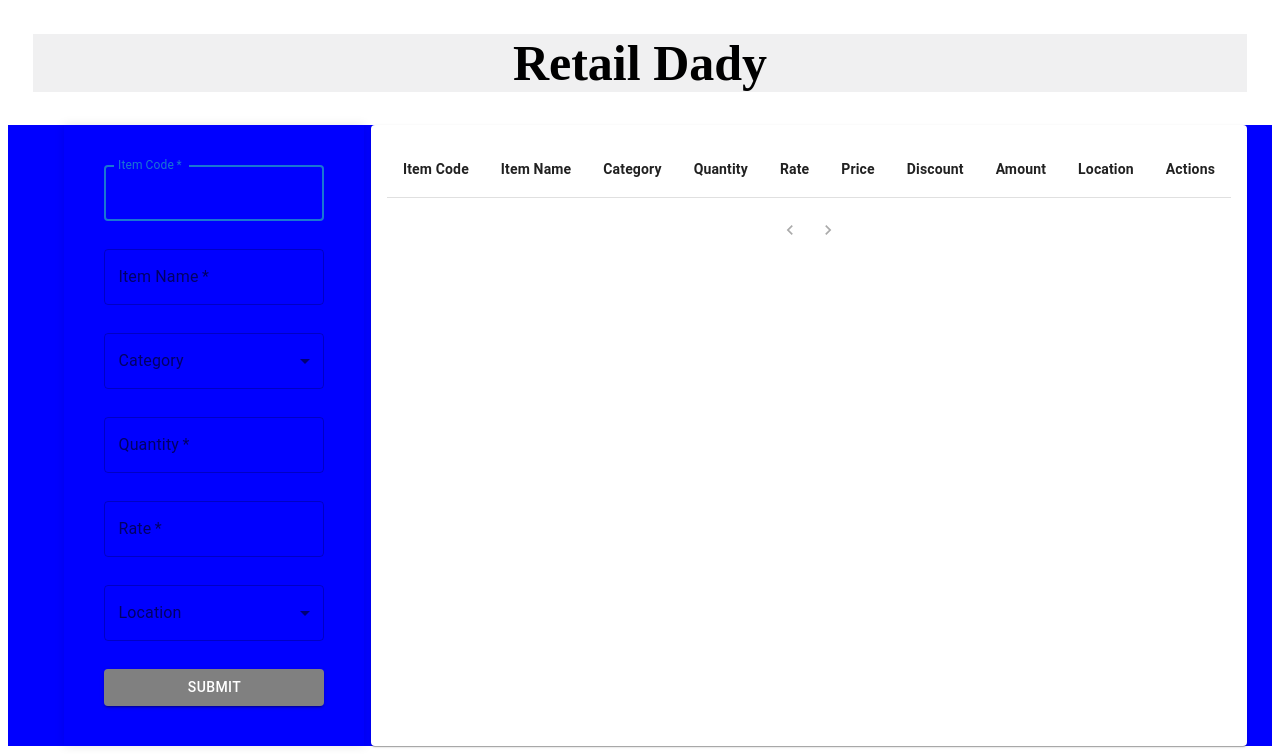
Repository: SharonSebastian32/retail-dady-frontend-app
Page: /
These files come from the project's save history. The page is drawn as it stood at one moment and after the next save; the edit follows.
The browser window is 1280 px wide. The pictures show the whole page.
The page's requests for data from a server got no answer. The project was rebuilt for these pictures with package versions that can differ from the ones it lists, and the page was loaded fresh each time. No one was signed in, and anything a server would have sent is missing. Also part of the build but not shown: vite.config.js, src/components/Childrens/FormDialogue.jsx, src/components/Childrens/ViewDetails.jsx, src/App.css.

Above is the page before, as saved 2024-12-07 21:39:42.

### index.html
<!DOCTYPE html>
<html lang="en">
  <head>
    <meta charset="UTF-8" />
    <link rel="icon" type="image/svg+xml" href="/image.png" />
    <meta
      name="viewport"
      content="width=device-width, initial-scale=1.0, maximum-scale=5.0, minimum-scale=1.0"
    />
    <meta http-equiv="X-UA-Compatible" content="IE=edge" />
    <meta name="theme-color" content="#000000" />
    <meta name="description" content="Retail Dady - Your retail solution" />
    <title>Retail Dady</title>
  </head>
  <body>
    <div id="root"></div>
    <script type="module" src="/src/main.jsx"></script>
  </body>
</html>

### src/main.jsx
import { createRoot } from "react-dom/client";
import App from "./App.jsx";
import "primereact/resources/themes/lara-light-indigo/theme.css";
import "primereact/resources/primereact.min.css";
createRoot(document.getElementById("root")).render(<App />);

### src/App.jsx
import { useState } from "react";
import Tables from "./components/Tables";
import "./App.css";
import InvoiceForm from "./components/Form";

function App() {
  const [refresh, setRefresh] = useState(false);

  const triggerRefresh = () => {
    setRefresh((prev) => !prev);
  };

  return (
    <>
      <div style={{ padding: "0px 25px" }}>
        <h1
          style={{
            backgroundColor: "#f0f0f1",
            color: "black",
            fontFamily: "serif",
            fontSize: "50px",
            textAlign: "center",
          }}
        >
          Retail Dady
        </h1>
      </div>
      <div
        style={{
          display: "flex",
          flexDirection: "row",
          padding: "0px 25px",
          justifyContent: "space-between",
          backgroundColor: "blue",
        }}
      >
        {" "}
        <div style={{ paddingRight: "25px" }}></div>
        <InvoiceForm onFormSubmit={triggerRefresh} />
        <Tables refresh={refresh} />
      </div>
    </>
  );
}

export default App;

### src/components/Tables.jsx
import { useEffect, useState, useRef } from "react";
import axios from "axios";
import { Toast } from "primereact/toast";
import { ConfirmDialog, confirmDialog } from "primereact/confirmdialog";
import {
  Table,
  TableBody,
  TableCell,
  TableContainer,
  TableHead,
  TableRow,
  Paper,
  IconButton,
  Pagination,
} from "@mui/material";
import { MdDeleteOutline } from "react-icons/md";
import { CiEdit } from "react-icons/ci";
import { RxEyeOpen } from "react-icons/rx";
import FormDialog from "./Childrens/FormDialogue";
import ViewDialog from "./Childrens/ViewDetails.jsx"; // Import ViewDialog

function Tables({ refresh }) {
  const [data, setData] = useState([]);
  const [currentPage, setCurrentPage] = useState(1);
  const rowsPerPage = 6;
  const toast = useRef(null);
  const [selectedRow, setSelectedRow] = useState(null); // For FormDialog and ViewDialog
  const [viewMode, setViewMode] = useState(false); // Track if the view dialog is open
  const showToast = (severity, summary, detail) => {
    toast.current.show({
      severity: severity,
      summary: summary,
      detail: detail,
      life: 3000,
    });
  };

  useEffect(() => {
    fetchInvoices();
  }, [refresh]);

  const fetchInvoices = async () => {
    try {
      const response = await fetch(
        import.meta.env.VITE_API_URL + "/api/v1/invoices/getall",
        {
          method: "GET",
          headers: {
            "Content-Type": "application/json",
          },
        }
      );

      if (!response.ok) {
        throw new Error(`HTTP error! Status: ${response.status}`);
      }

      const result = await response.json();
      setData(result.data.reverse());
    } catch (error) {
      console.error("Error fetching invoices:", error);
      showToast(
        "error",
        "Error",
        "Failed to fetch Stock. Please try again later."
      );
    }
  };

  const confirmDelete = (id) => {
    confirmDialog({
      message: "Are you sure you want to delete Stock?",
      header: "Delete",
      icon: "pi pi-exclamation-triangle",
      acceptClassName: "p-button-danger",
      accept: () => handleDelete(id),
      reject: () =>
        showToast("info", "Cancelled", "Delete operation cancelled"),
    });
  };

  const handleDelete = async (id) => {
    if (!id) {
      showToast("error", "Error", "No Stock ID provided for deletion");
      return;
    }
    try {
      const response = await axios.delete(
        import.meta.env.VITE_API_URL + `/api/v1/invoices/delete/${id}`
      );
      if (response.status === 200) {
        setData((prevData) => prevData.filter((item) => item._id !== id));
        showToast("success", "Success", "Item deleted successfully!");
      } else {
        showToast("error", "Error", "Failed to delete item.");
      }
    } catch (error) {
      console.error("Error deleting item:", error);
      showToast("error", "Error", "Failed to delete item.");
    }
  };

  const findDocumentAndUpdate = (row) => {
    setSelectedRow(row);
    setViewMode(false); // Set to false when editing, as it should show the form dialog
  };

  const viewDocument = (row) => {
    setSelectedRow(row);
    setViewMode(true); // Set to true when viewing, to show the view dialog
  };

  const getDiscount = (category) => {
    switch (category) {
      case "Vegetables":
        return 10;
      case "Stationaries":
        return 3;
      case "Fruits":
        return 5;
      default:
        return 0;
    }
  };

  const getCategoryAbbreviation = (category) => {
    switch (category) {
      case "Vegetables":
        return "VEG";
      case "Stationaries":
        return "STR";
      case "Fruits":
        return "FRT";
      default:
        return category;
    }
  };

  const handleEdit = async () => {
    try {
      await fetchInvoices();
      showToast("success", "Success", "Updated successfully!");
    } catch (error) {
      console.error("Error handling submit:", error);
      showToast(
        "error",
        "Error",
        "Failed to update data. Please try again later."
      );
    }
  };

  const indexOfLastRow = currentPage * rowsPerPage;
  const indexOfFirstRow = indexOfLastRow - rowsPerPage;
  const currentRows = data.slice(indexOfFirstRow, indexOfLastRow);
  const totalPages = Math.ceil(data.length / rowsPerPage);

  return (
    <Paper elevation={1} sx={{ padding: 2 }}>
      <Toast ref={toast} />
      <ConfirmDialog />
      <TableContainer>
        <Table>
          <TableHead>
            <TableRow>
              {[
                "Item Code",
                "Item Name",
                "Category",
                "Quantity",
                "Rate",
                "Price",
                "Discount",
                "Amount",
                "Location",
                "Actions",
              ].map((header) => (
                <TableCell key={header} style={{ fontWeight: "bold" }}>
                  {header}
                </TableCell>
              ))}
            </TableRow>
          </TableHead>
          <TableBody>
            {currentRows.map((row, index) => {
              const discount = getDiscount(row.category);
              const price = row.quantity * (row.rate || 0);
              const amountPay = (price - (price * discount) / 100).toFixed(2);
              return (
                <TableRow
                  key={row._id}
                  style={{
                    backgroundColor: index % 2 === 0 ? "#ffffff" : "#f0f0f0",
                    cursor: "pointer",
                  }}
                >
                  <TableCell>{row.itemCode}</TableCell>
                  <TableCell>{row.itemName}</TableCell>
                  <TableCell>{getCategoryAbbreviation(row.category)}</TableCell>
                  <TableCell>{row.quantity}</TableCell>
                  <TableCell>{row.rate?.toFixed(2) || "-"}</TableCell>
                  <TableCell>{price.toFixed(2) || "-"}</TableCell>
                  <TableCell>{`${discount}%`}</TableCell>
                  <TableCell>{amountPay}</TableCell>
                  <TableCell>{row.location || "-"}</TableCell>
                  <TableCell>
                    <div className="flex flex-row gap-2">
                      <IconButton
                        onClick={() => confirmDelete(row._id)}
                        aria-label="delete"
                        className="hover:bg-red-100"
                      >
                        <MdDeleteOutline color="red" />
                      </IconButton>
                      <IconButton
                        onClick={() => findDocumentAndUpdate(row)} // Open FormDialog for edit
                        aria-label="edit"
                        className="hover:bg-green-100"
                      >
                        <CiEdit color="green" />
                      </IconButton>
                      <IconButton
                        onClick={() => viewDocument(row)} // Open ViewDialog for viewing
                        aria-label="view"
                        className="hover:bg-gray-100"
                      >
                        <RxEyeOpen color="black" />
                      </IconButton>
                    </div>
                  </TableCell>
                </TableRow>
              );
            })}
          </TableBody>
        </Table>
      </TableContainer>
      <Pagination
        count={totalPages}
        page={currentPage}
        onChange={(event, page) => setCurrentPage(page)}
        sx={{ marginTop: 2, display: "flex", justifyContent: "center" }}
      />
      {/* Show FormDialog if editing, and ViewDialog if viewing */}
      {selectedRow && !viewMode && (
        <FormDialog
          open={!!selectedRow} // Open FormDialog if row is selected
          handleClose={() => setSelectedRow(null)} // Close FormDialog
          rowData={selectedRow} // Pass rowData for editing
          handleSubmit={handleEdit}
        />
      )}
      {selectedRow && viewMode && (
        <ViewDialog
          open={!!selectedRow} // Open ViewDialog if row is selected
          handleClose={() => setSelectedRow(null)} // Close ViewDialog
          rowData={selectedRow} // Pass rowData for viewing
        />
      )}
    </Paper>
  );
}

export default Tables;

### src/components/Form.jsx
import { useState, useRef, useEffect } from "react";
import { Toast } from "primereact/toast";
import { ConfirmDialog } from "primereact/confirmdialog";
import {
  Box,
  Button,
  MenuItem,
  Select,
  TextField,
  FormControl,
  InputLabel,
} from "@mui/material";

function Form({ onFormSubmit }) {
  const toast = useRef(null);
  const itemCodeRef = useRef(null); // Ref for itemCode input
  const [visible, setVisible] = useState(false);
  const [formData, setFormData] = useState({
    itemCode: "",
    itemName: "",
    category: "",
    quantity: "",
    rate: "",
    location: "",
  });

  const handleChange = (e) => {
    const { name, value } = e.target;
    setFormData((prevData) => ({ ...prevData, [name]: value }));
  };

  const handleFormSubmit = async () => {
    try {
      const response = await fetch(
        import.meta.env.VITE_API_URL + "/api/v1/invoices/create", // Fixed syntax error - removed extra parentheses
        {
          method: "POST",
          headers: { "Content-Type": "application/json" },
          body: JSON.stringify(formData),
        }
      );

      const data = await response.json();

      if (response.ok) {
        toast.current.show({
          severity: "success",
          summary: "Success",
          detail: "Stock added successfully!",
          life: 3000,
        });

        setFormData({
          itemCode: "",
          itemName: "",
          category: "",
          quantity: "",
          rate: "",
          location: "",
        });
        onFormSubmit();
      } else {
        showToastError(data.message || "Something went wrong!");
      }
    } catch (error) {
      showToastError("Failed to add stock. Please try again.");
      console.error(error);
    }
  };

  const showToastError = (message) => {
    toast.current.show({
      severity: "error",
      summary: "Error",
      detail: message,
      life: 3000,
    });
  };

  // Handle form submission action
  const handleSubmit = (e) => {
    e.preventDefault();
    setVisible(true);
  };

  // Confirmation accept and reject actions
  const accept = () => {
    handleFormSubmit();
    setVisible(false);
  };

  const reject = () => {
    toast.current.show({
      severity: "warn",
      summary: "Cancelled",
      detail: "You have cancelled the submission",
      life: 3000,
    });
  };

  // Focus on itemCode input field after form reset
  useEffect(() => {
    if (formData.itemCode === "") {
      itemCodeRef.current?.focus(); // Focus after resetting form data
    }
  }, [formData.itemCode]);

  return (
    <Box
      component="form"
      onSubmit={handleSubmit}
      sx={{
        marginTop: "9px",
        padding: "40px",
        boxShadow: "0px 0px 10px rgba(0, 0, 0, 0.1)",
        gap: "28px",
        display: "flex",
        flexDirection: "column",
        maxWidth: "300px",
        margin: "0 auto",
      }}
    >
      <Toast ref={toast} />
      <ConfirmDialog
        visible={visible}
        onHide={() => setVisible(false)}
        message="Are you sure you want to add this item to Stock?"
        header="Confirmation"
        icon="pi pi-exclamation-triangle"
        accept={accept}
        reject={reject}
      />

      {/* Item Code */}
      <TextField
        inputRef={itemCodeRef} // Ref for itemCode TextField
        label="Item Code"
        name="itemCode"
        value={formData.itemCode}
        onChange={handleChange}
        placeholder="Enter Item Code"
        required
        fullWidth
      />

      {/* Item Name */}
      <TextField
        label="Item Name"
        name="itemName"
        value={formData.itemName}
        onChange={handleChange}
        placeholder="Enter Item Name"
        required
        fullWidth
      />

      {/* Category */}
      <FormControl fullWidth>
        <InputLabel id="category-label">Category</InputLabel>
        <Select
          labelId="category-label"
          label="Category"
          name="category"
          value={formData.category}
          onChange={handleChange}
          required
        >
          <MenuItem value="Fruits">Fruits</MenuItem>
          <MenuItem value="Vegetables">Vegetables</MenuItem>
          <MenuItem value="Stationaries">Stationaries</MenuItem>
        </Select>
      </FormControl>

      {/* Quantity */}
      <TextField
        label="Quantity"
        name="quantity"
        type="number"
        value={formData.quantity}
        onChange={handleChange}
        placeholder="Enter Quantity"
        required
        fullWidth
      />

      {/* Rate */}
      <TextField
        label="Rate"
        name="rate"
        type="number"
        value={formData.rate}
        onChange={handleChange}
        placeholder="Enter Rate"
        required
        fullWidth
      />

      {/* Location */}
      <FormControl fullWidth>
        <InputLabel id="location-label">Location</InputLabel>
        <Select
          labelId="location-label"
          name="location"
          label="Location"
          value={formData.location}
          onChange={handleChange}
          required
        >
          <MenuItem value="Calicut">Calicut</MenuItem>
          <MenuItem value="Malappuram">Malappuram</MenuItem>
          <MenuItem value="Thrissur">Thrissur</MenuItem>
        </Select>
      </FormControl>

      {/* Submit Button */}
      <Button
        type="submit"
        variant="contained"
        sx={{ backgroundColor: "grey", width: "100%" }}
      >
        Submit
      </Button>
    </Box>
  );
}

export default Form;

After the next save:
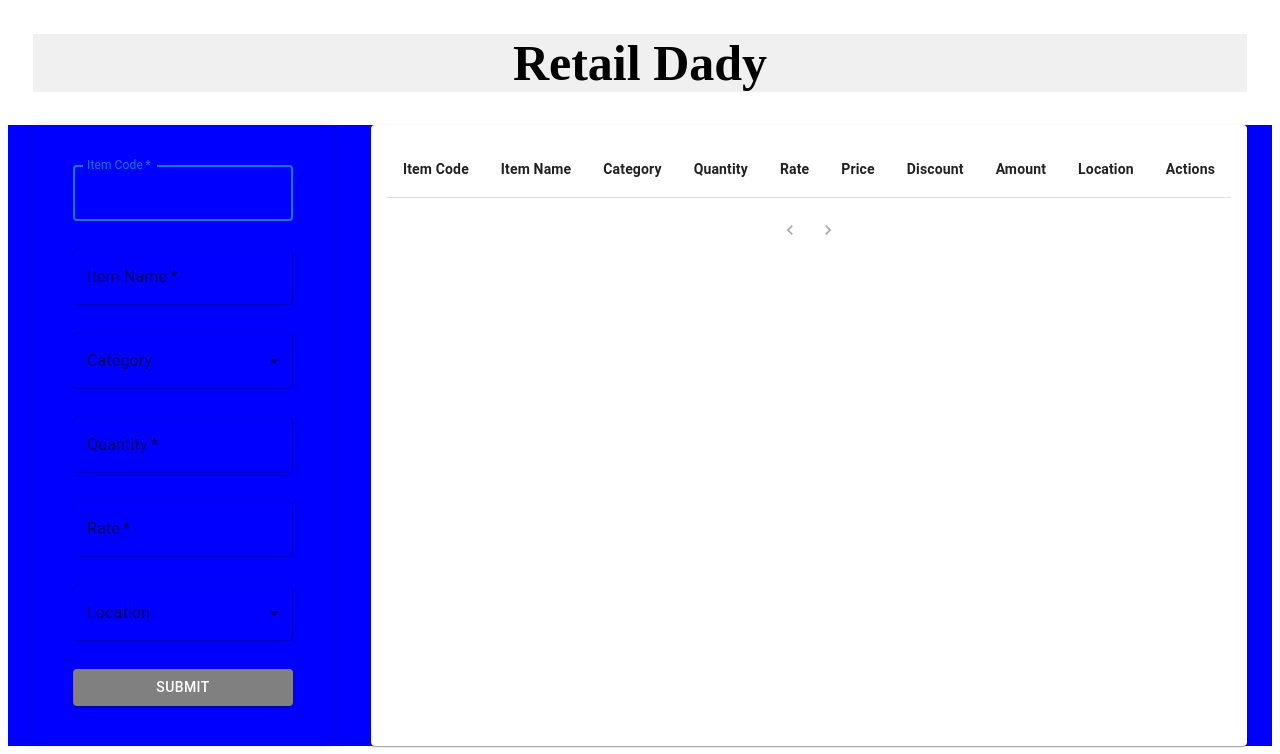
Saved 8 s later.
--- a/src/App.jsx
+++ b/src/App.jsx
@@ -35,8 +35,8 @@ function App() {
         }}
       >
         {" "}
-        <div style={{ paddingRight: "25px" }}></div>
-        <InvoiceForm onFormSubmit={triggerRefresh} />
+        <div style={{ paddingRight: "25px" }}>  <InvoiceForm onFormSubmit={triggerRefresh} /></div>
+
         <Tables refresh={refresh} />
       </div>
     </>
